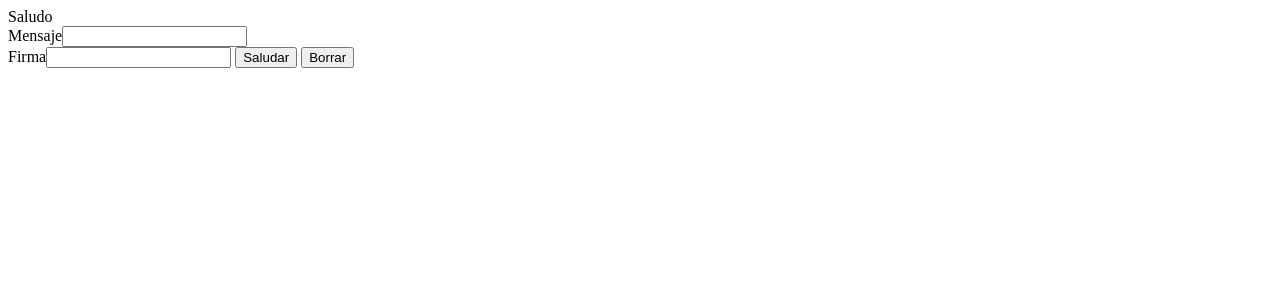
Repository: juvaga2000/eclipsetemp
Page: EjerciciosT1/src/main/webapp/ejer1B.html
An editor plug-in stored every save of this project. The page is shown before and after the next save, followed by the edit.
The browser window is 1280 px wide. The pictures show the whole page.

Above is the page before, as saved 2022-10-03 10:50:39.

After the next save:
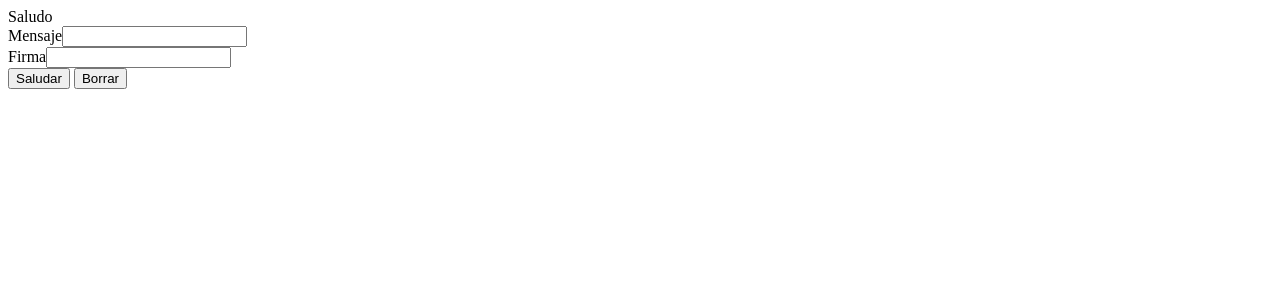
Saved 10 s later.
--- a/EjerciciosT1/src/main/webapp/ejer1B.html
+++ b/EjerciciosT1/src/main/webapp/ejer1B.html
@@ -7,7 +7,7 @@
 Saludo
 <form action="ejer1HolaMundoB" method="post">
 	Mensaje<input type="text"><br>
-	Firma<input type="text">
+	Firma<input type="text"><br>
 	<input type="submit" name="submit" value="Saludar" />
 	<input type="reset" value="Borrar" />
 </form>
